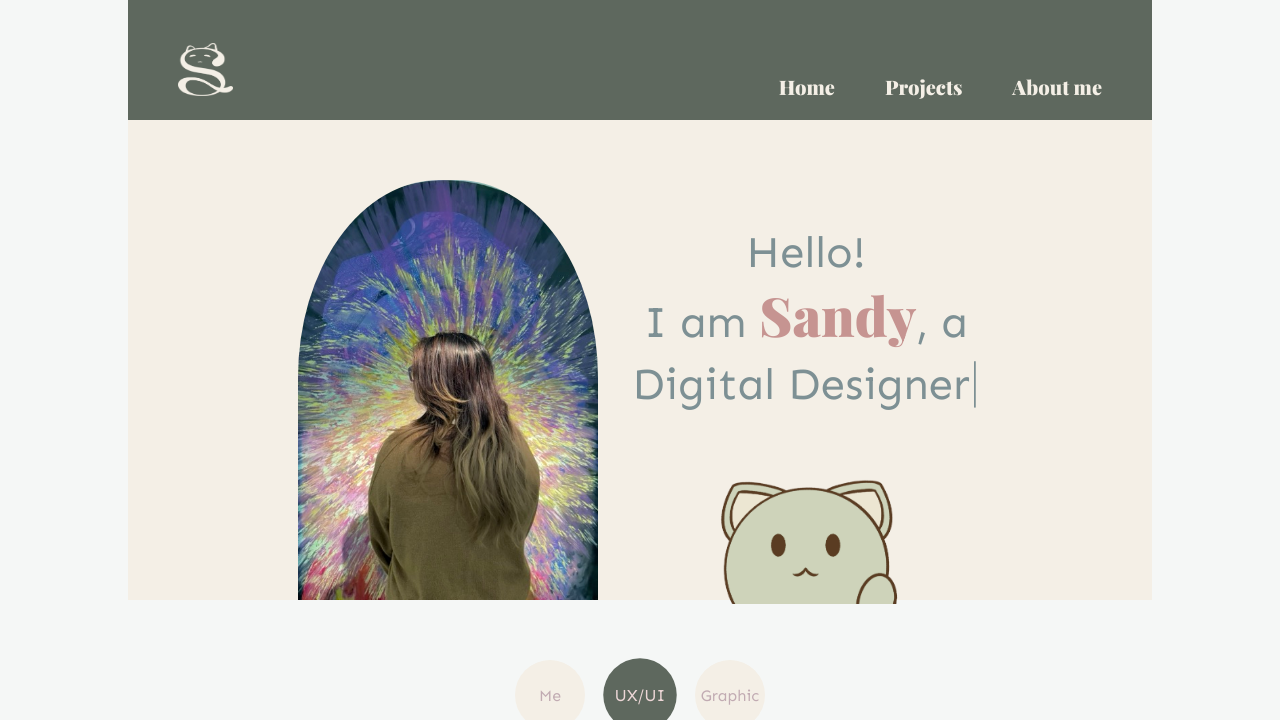
Repository: SandyLy453/portfolio
Page: /
An editor plug-in stored every save of this project. The page is shown before and after the next save, followed by the edit.
The browser window is 1280 px wide. The pictures show the whole page.
An inner scrolling area shows only its first screen. The project was rebuilt for these pictures with package versions that can differ from the ones it lists, and the page was loaded fresh each time. The framework's server and built-in components were replaced by stand-ins that run in the browser. Also part of the build but not shown: next.config.mjs, modules/Footer/Footer.module.css, modules/Footer/Footer.js, modules/ProjectCard/ProjectCard.module.css, modules/ProjectCard/Projectcard.js.

Above is the page before, as saved 2025-02-17 18:05:29.

### pages/_app.js
import { useEffect } from "react";
import { useRouter } from "next/router";
import { Playfair_Display, Sen } from 'next/font/google';
import '../styles/globals.css';

const playfairDisplay = Playfair_Display({
  weight: ['400', '900'],
  style: ['normal', 'italic'],
  subsets: ['latin'],
});

const sen = Sen({
  weight: ['400', '700', '800'],
  subsets: ['latin'],
});

export default function App({ Component, pageProps }) {

  const router = useRouter();

  useEffect(() => {
    const handleRouteChangeComplete = (url) => {
        if (url.startsWith("/projects")) {
            window.location.reload();
        } else if (url.startsWith("/project")) {
          window.location.reload();
        }
    };

    router.events.on("routeChangeComplete", handleRouteChangeComplete);

    return () => {
        router.events.off("routeChangeComplete", handleRouteChangeComplete);
    };
}, [router]);


  return (
    <main className={`${playfairDisplay.className} ${sen.className}`}>
      <Component {...pageProps} />
    </main>
  )
}

### pages/_document.js
import { Html, Head, Main, NextScript } from "next/document";


export default function Document() {
  return (
    <Html lang="en">
      <Head>
        <title>San San's Tea Room</title>
        <link rel="icon" href="/favicon.ico" />

        <link rel="preconnect" href="https://fonts.googleapis.com" />
        <link rel="preconnect" href="https://fonts.gstatic.com" crossorigin="anonymous" />
        <link
          href="https://fonts.googleapis.com/css2?family=Playfair+Display:wght@400;900&family=Sen:wght@400;700;800&display=swap"
          rel="stylesheet"
        />
      </Head>
      <body>
        <Main />
        <NextScript />
      </body>
    </Html>
  );
}

### pages/index.js
import Image from "next/image";
import Link from "next/link";
import styles from "@/styles/Home.module.css";
import { useState, useEffect } from "react";
import Header from "@/modules/Header/Header";
import Footer from "@/modules/Footer/Footer";
import ProjectCard from "@/modules/ProjectCard/Projectcard";
import ShowCase from "@/modules/ShowCase/ShowCase";

export default function Home() {

  const projects = [
    {
      photos: ["/aether-cover.png"],
      alt: "Aether cover",
      title: "Aether",
      description: "Case Study - A AI-powered form-filling app",
      date: "September 2024 - December 2024",
      link: "/projects/Aether",
    },
    {
      photos: ["/post1.png", "/post2.png", "/post3.png"],
      alt: "Poster slides show",
      title: "Poster design",
      description:
        "Product design - Series of posters based on the anime/ manga Detective Conan.",
      date: "December 2024",
      link: "/projects/Poster",
    },
    {
      photos: ["/can1.png", "/can2.png", "/can3.png"],
      alt: "Can design slide show",
      title: "DiLo Tea Can",
      description: "Product design - Tea Can",
      date: "November 2024",
      link: "/projects/CanDesign",
    },
    {
      photos: ["/mockup2.png"],
      alt: "Magazine cover",
      title: "Magazine",
      description: "Magazine design - An architectural magazine",
      date: "November 2024",
      link: "/projects/Magazine",
    },
    {
      photos: ["/clotho.png"],
      alt: "Clotho app",
      title: "Clotho",
      description: "Clotho - A closet organize app",
      date: "March 2024 - May 2024",
      link: "/projects/Clotho",
    },
    {
      photos: ["/cam.png"],
      alt: "Camera vector graphic",
      title: "Mechanical Object Vector Graphic",
      description: "Using vector to draw mechanical objects",
      date: "December 2023",
      link: "/projects/MechanicalObject",
    },
  ];

  const [visibleProjects, setVisibleProjects] = useState(6);

  const roles = ["UX/UI Designer", "Digital Designer", "Web Developer"];
  const [text, setText] = useState("");
  const [index, setIndex] = useState(0);
  const [charIndex, setCharIndex] = useState(0);
  const [deleting, setDeleting] = useState(false);

  useEffect(() => {
    const currentRole = roles[index];

    let timeout;

    if (deleting) {
      timeout = setTimeout(() => {
        setText(currentRole.substring(0, charIndex - 1));
        setCharIndex((prev) => prev - 1);
      }, 50);
    } else {
      timeout = setTimeout(() => {
        setText(currentRole.substring(0, charIndex + 1));
        setCharIndex((prev) => prev + 1);
      }, 100);
    }

    if (!deleting && charIndex === currentRole.length) {
      setTimeout(() => setDeleting(true), 1000);
    } else if (deleting && charIndex === 0) {
      setDeleting(false);
      setIndex((prevIndex) => (prevIndex + 1) % roles.length);
    }

    return () => clearTimeout(timeout);
  }, [charIndex, deleting, index, roles]);

  return (
    <>
      <Header/>

      <main className={styles.main}>
        <div className={styles.top}>
          <div className={styles.image}>
            <Image src={'/cover.jpeg'} alt="cover photo" className={styles.coverPhoto} width={300} height={420} />
          </div>

          <div className={styles.info}>
            <p className={styles.role}>Hello!</p>
            <p className={styles.role}>I am <span className={styles.name}>Sandy</span>, a</p>
            <p className={styles.role}>
              {text}
              <span className={styles.cursor}>|</span>
            </p>
            <Image src={'/hi.GIF'} alt="greeting gif" className={styles.gif} width={294} height={129} />
          </div>
        </div>

        <ShowCase/>

        <div className={styles.sectionBreaker}>
          <span> Let's connect! </span>
        </div>

        <div className={styles.connect}>
          <Link
            className={styles.link}
            href={"mailto:sandy.lyth453@gmail.com"}
            target="_blank"
          >
            <p className={styles.connectInfo}>Email</p>
          </Link>
          <Link
            className={styles.link}
            href={"https://www.instagram.com/sansan_lyth?igsh=MThxOTR1ZTlyY3R1dw%3D%3D&utm_source=qr"}
            target="_blank"
          >
            <p className={styles.connectInfo}>Instagram</p>
          </Link>
          <Link
            className={styles.link}
            href={"https://www.linkedin.com/in/boisan-sandy-ly/"}
            target="_blank"
          >
            <p className={styles.connectInfo}>LinkedIn</p>
          </Link>
          <Link
            className={styles.link}
            href={"/Sandy_Ly_Resume.pdf"}
            target="_blank"
          >
            <p className={styles.connectInfo}>Resume</p>
          </Link>
        </div>
      </main>

      <footer className={styles.footer}>
        <p className={styles.copyright}>© Made by Sandy Ly • 2025</p>
      </footer>
    </>
  );
}

### styles/globals.css
:root {
  --mauveMorn: #ecd6d6;
  --mauveShadow: #B59BA6;
  --moss: #5E7975;
  --brightWhite: #f5f7f6;
  --white: #fff;

  --spaBlue: #D3DEDF;
  --forest: #5E685E;
  --midnight: #3D4D55;
  --stormCloud: #676767;
  --cream: #f4EFE6;
  --cloud: #FEFCF6;
}

html,
body {
  padding: 0;
  margin: 0;
  background-color: #f5f7f6;
  width: 100vw;
  height: 100vh;
  overflow-x: hidden;
  scroll-behavior: auto;

  font-family: "Playfair Display", serif;
  font-optical-sizing: auto;
  color: var(--stormCloud);
  cursor: url('/hehe.webp') 16 16, auto;
}

header {
  margin: 0;
  padding: 0;
  box-sizing: border-box;
}

* {
  margin: 0;
  padding: 0;
  box-sizing: border-box; /* Reset styles for all elements */
}

h1, h2, h3, h4, h5, span {
  font-family: "Playfair Display", serif;
}

a, button {
  cursor: url('/haha.webp') 16 16, pointer;
}

### styles/Home.module.css
.page {
  margin: 0;
  padding: 0;
}

.main {
  min-height: 100vh;
  width: 70vw;
  margin: auto;
  margin-top: 0;
  margin-top: 120px;
}

.top {
  width: 100%;
  min-height: 480px;
  background-color: var(--cream);
  align-items: center;
  display: flex;
  flex-direction: row;
  padding: 0;
  flex-wrap: wrap;
  justify-content: center;
}

.coverPhoto {
  border-radius: 47% 47% 0 0;
  margin: 0 6rem;
  position: relative;
  bottom: -30px;
}

.info {
  text-align: center;
  margin-top: 100px;
  width: 30vw;
}

.name {
  font-size: 54px;
  color: #C69491;
  font-weight: 600;
  font-family: "Playfair Display", serif;
}

.role {
  font-size: 44px;
  color: #7D9094;
  font-weight: 500;
}

.loca {
  font-size: 20px;
  color: #7D9094;
  padding-top: 10px;
}

.gif {
  position: relative;
  bottom: -36px;
}

.sectionBreaker {
  display: flex;
  align-items: center;
  justify-content: center;
  margin: 40px 0;
  position: relative;
}

.sectionBreaker::before,
.sectionBreaker::after {
  content: "";
  flex: 1;
  height: 2px;
  background: #d3d3d3;
  margin: 0;
}

.sectionBreaker span {
  color: #7D9094;
  margin: 0 10px;
  font-size: 20px;
  font-style: italic;
}

.pjSection {
  display: flex;
  flex-direction: row;
  flex-wrap: wrap;
  justify-content:space-between;
  align-items: flex-start;
  margin: 0 auto;
  margin-bottom: 50px;
  gap: 1rem;
  max-width: 1350px;
}

.connect {
  margin-bottom: 200px;
}

.link {
  text-decoration: none;
  color: var(--mauveShadow);
  width: 100%;
  font-weight: 500;
}

.link:hover {
  color: var(--forest);
  font-weight: 900;
}

.connectInfo {
  font-size: 54px;
  margin: 20px 0;
  font-family: "Playfair Display", serif;
  position: relative;
  display: inline-block;
  padding: 10px 20px;
  text-decoration: none;
  width: 100%;
  overflow: hidden;
  transition: color 0.3s ease-in-out, font-weight 0.3s ease-in-out;
  font-weight: 500;
}

.connectInfo::before {
  content: "";
  position: absolute;
  top: 0;
  left: -100%;
  width: 100%;
  height: 100%;
  background: linear-gradient(to right, rgba(0, 0, 0, 0.1), rgba(0, 0, 0, 0.3));
  transition: left 0.4s ease-in-out;
  z-index: -1; /* Ensure background does not cover text */
}

/* Make background visible when hovering */
.connectInfo:hover::before,
.connectInfo:active::before {
  left: 0;
}

/* Text color and weight on hover */
.connectInfo:hover {
  color: var(--forest); /* Hover text color */
  font-weight: 900;
}

/* Arrow effect */
.connectInfo::after {
  content: " →";
  opacity: 0;
  position: absolute;
  right: 10px;
  top: 50%;
  transform: translateY(-50%);
  transition: opacity 0.3s ease-in-out, transform 0.3s ease-in-out;
  color: var(--forest); /* Match hover color */
}

/* Show arrow and move slightly right when hovering */
.connectInfo:hover::after,
.connectInfo:active::after {
  opacity: 1;
  transform: translate(8px, -50%);
}


.footer {
  margin-bottom: 20px;
}

.copyright {
  text-align: center;
  font-style: italic;
  color: var(--forest);
  width: 100%;
}





@media screen and (max-width: 1460px) {
  .pjSection {
    gap: 20px;
  }

  .main {
    width: 80vw;
  }

  .coverPhoto {
    margin: 0 1rem;
    bottom: -32px;
  }

  .info {
    margin-top: 50px;
  }

  .gif {
    bottom: -4rem;
  }

  .name {
    font-size: 54px;
  }

  .role {
    font-size: 44px;
  }

  .loca {
    font-size: 18px;
  }

  .pjSection {
    gap: 15px;
    justify-content: center;
  }
}



@media screen and (max-width: 768px) {
  .main {
    width: 100vw;
  }

  .coverPhoto {
    margin: 0 auto;
    bottom: -20px;
    width: 70vw;
    height: auto;
  }

  .info {
    margin-top: 50px;
    width: 90vw;
  }

  .name {
    font-size: 36px;
  }

  .role {
    font-size: 20px;
  }

  .loca {
    font-size: 18px;
  }

  .pjSection {
    gap: 15px;
    justify-content: center;
  }

  .gif {
    position: relative;
    bottom: -4px;
    margin-top: 10px;
  }
}

### modules/Header/Header.js
import Image from "next/image";
import Link from "next/link";
import styles from './Header.module.css';
import { useState, useRef } from "react";

export default function Header() {
    const audioRef = useRef(null);
    const [menuOpen, setMenuOpen] = useState(false);

    const playSound = () => {
        if (audioRef.current) {
            audioRef.current.currentTime = 0;
            audioRef.current.play().catch(error => console.log("Audio playback error:", error));
        }
    };

    return (
        <header className={`${styles.header} ${menuOpen ? styles.headerExpanded : ""}`}>
            {/* Logo */}
            <div className={styles.logoBox}>
                <Link href={'/'}>
                    <Image
                        src={'/logo.png'}
                        alt="logo"
                        className={styles.logo}
                        width={55}
                        height={53}
                        onMouseEnter={playSound}
                    />
                </Link>
            </div>

            <button className={styles.hamburger} onClick={() => setMenuOpen(!menuOpen)}>
                <Image
                    src={menuOpen ? "/menuOpen.png" : "/menuIcon.png"}
                    alt="Menu Toggle"
                    width={30}
                    height={21}
                />
            </button>

            <nav className={`${styles.menu} ${menuOpen ? styles.menuExpanded : ""}`}>
                <p className={styles.menuOption}><Link href={'/'} className={styles.link}>Home</Link></p>
                <p className={styles.menuOption}><Link href={'/project'} className={styles.link}>Projects</Link></p>
                <p className={styles.menuOption}><Link href={'/about'} className={styles.link}>About me</Link></p>
            </nav>

            <audio ref={audioRef} src="/cat.wav" preload="auto"></audio>
        </header>
    );
}

### modules/ShowCase/ShowCase.js
import Image from "next/image";
import { useState, useEffect, useRef } from "react";
import styles from './ShowCase.module.css';
import Link from "next/link";

export default function ShowCase() {
    const tags = ["Me", "UX/UI", "Graphic"];
    const images = {
        "Me": "/me.png",
        "UX/UI": "/uxui.png",
        "Graphic": "/3can.png",
    };
    const bigText = ["Sandy", "App Design", "Graphic Design"];
    const smallText = [
        "",
        "",
        ""
    ];
    const linkPath = ["/about", "/project", "/project"];
    const linkText = ["About Me →", "See More Project →", "See More Project →"];

    const [activeIndex, setActiveIndex] = useState(0);
    const [isFading, setIsFading] = useState(false);
    const [isPaused, setIsPaused] = useState(false);
    const intervalRef = useRef(null);

    const startLoop = () => {
        clearInterval(intervalRef.current);
        intervalRef.current = setInterval(() => {
            setIsFading(true);
            setTimeout(() => {
                setActiveIndex((prevIndex) => (prevIndex + 1) % tags.length);
                setIsFading(false);
            }, 500);
        }, 4000);
    };

    useEffect(() => {
        if (!isPaused) startLoop();
        return () => clearInterval(intervalRef.current);
    }, [isPaused]);

    const handlePause = (index) => {
        clearInterval(intervalRef.current);
        setIsPaused(true);
        setActiveIndex(index);
        setIsFading(false);
    };

    const handleResume = () => {
        setIsPaused(false);
    };

    return (
        <div className={styles.container}>
            <div className={styles.tagBox}>
                {tags.map((tag, index) => (
                    <div
                        key={tag}
                        className={`${styles.tag} ${activeIndex === index ? styles.active : ""}`}
                        onMouseEnter={() => handlePause(index)}
                        onMouseLeave={handleResume}
                        onTouchStart={() => handlePause(index)}
                        onTouchEnd={handleResume}
                    >
                        <p>{tag}</p>
                    </div>
                ))}
            </div>

            <div className={styles.right}>
                <div className={styles.photoBox}>
                    <Image
                        key={tags[activeIndex]}
                        src={images[tags[activeIndex]]}
                        alt={tags[activeIndex]}
                        width={600}
                        height={460}
                        className={`${styles.photo} ${isFading ? styles.fadeOut : styles.fadeIn}`}
                    />

                    <div className={styles.gradient}></div>
                    <div className={styles.text}>
                        <p className={styles.big}>{bigText[activeIndex]}</p>
                        <p className={styles.small}>{smallText[activeIndex]}</p>
                        <Link href={linkPath[activeIndex]} className={styles.littleLink}>
                            {linkText[activeIndex]}
                        </Link>
                    </div>
                </div>

                {/* <div className={styles.loadMoreContainer}>
                    <Link href="/project" passHref>
                        <button className={styles.loadMoreButton}>
                            More Projects
                        </button>
                    </Link>
                </div> */}
            </div>
        </div>
    );
}

### modules/Header/Header.module.css
.header {
    margin: 0 auto;
    width: 70vw;
    height: 120px;
    background-color: var(--forest);
    padding: 20px 50px;
    display: flex;
    flex-direction: row;
    justify-content: space-between;
    align-items: flex-end;
    position: fixed;
    right: 15vw;
    top: 0;
    z-index: 999;
    transition: height 0.3s ease-in-out;
}

.headerExpanded {
    min-height: 250px;
}

.menu {
    display: flex;
    flex-direction: row;
    gap: 50px;
    opacity: 1;
    transition: opacity 0.3s ease-in-out;
}

.menuExpanded {
    display: flex;
    flex-direction: column;
    align-items: flex-end;
    gap: 10px;
    width: 100%;
}


.menuOption {
    font-size: 20px;
    font-weight: 600;
}

.link {
    text-decoration: none;
    color: var(--cream);
    font-family: "Playfair Display", serif;
}

.link:hover {
    color: var(--midnight);
}

.hamburger {
    display: none;
    background: none;
    border: none;
    cursor: pointer;
}


@media screen and (max-width: 1460px) {
    .header {
        width: 80vw;
        right: 10vw;
    }
}

@media screen and (max-width: 768px) {
    .header {
        width: 100vw;
        min-height: 100px;
        right: 0;
        display: flex;
        flex-direction: row;
        align-items: center;
        justify-content: space-between;
        height: auto;
    }

    .hamburger {
        display: block;
        position: absolute;
        right: 20px;
        top: 40px;
        z-index: 10;
    }

    .logo {
        display: block;
        position: absolute;
        left: 20px;
        top: 20px;
        z-index: 10;
    }

    .menu {
        display: none;
        flex-direction: column;
        align-items: center;
        width: 100%;
        opacity: 0;
        transform: scaleY(0);
        transition: transform 0.3s ease-in-out, opacity 0.3s ease-in-out;
    }

    .menuExpanded {
        display: flex;
        opacity: 1;
        transform: scaleY(1);
    }

}

### modules/ShowCase/ShowCase.module.css
.container {
    margin: auto;
    margin-top: 50px;
    display: flex;
    flex-direction: row;
    justify-content: center;
    align-items: center;
    gap: 30px;
}

.tagBox {
    display: flex;
    justify-content: center;
    align-items: center;
    flex-direction: column;
}

.tag, .active {
    width: 100px;
    height: 100px;
    background-color: var(--cream);
    border-radius: 50%;
    display: flex;
    justify-content: center;
    align-items: center;
    margin: 10px;
    cursor: url('/haha.webp') 16 16, pointer;
    transition: background-color 0.3s ease-in-out, transform 0.2s ease-in-out;
}

.tag:hover, .active {
    background-color: var(--forest);
    transform: scale(1.05);
}

.tag p, .active p {
    color: var(--mauveShadow);
    opacity: 80%;
}

.tag:hover p, .active p {
    color: var(--mauveMorn);
    opacity: 100%;
}

.photoBox {
    width: 60vw;
    max-width: 1000px;
    aspect-ratio: 20 / 11;
    position: relative;
    display: flex;
    align-items: center;
    justify-content: center;
    overflow: hidden;
}

.photo {
    width: 100%;
    height: 100%;
    border-radius: 20px;
    object-fit: cover;
    position: absolute;
    transition: opacity 0.5s ease-in-out;
}

.fadeIn {
    opacity: 1;
}

.fadeOut {
    opacity: 0;
}

.loadMoreContainer {
    margin-top: 20px;
    display: flex;
    flex-direction: column;
    justify-content: flex-end;
    align-items: flex-end;
  }

  .loadMoreButton {
    height: 40px;
    width: 150px;
    background-color: var(--cream);
    color: var(--forest);
    border: 1px solid var(--forest);
    font-size: 18px;
    align-items: center;
    border-radius: 10px;
    margin-bottom: 50px;
  }

  .loadMoreButton:hover {
    background-color: var(--forest);
    color: var(--cream);
  }

  .gradient {
    position: absolute;
    top: 0;
    left: 0;
    width: 100%;
    height: 100%;
    background: linear-gradient(360deg, rgba(2,0,36,1) 0%, rgba(255,255,255,0) 55%);
    z-index: 2;
    pointer-events: none;
    border-radius: 20px;
}

.text {
    position: absolute;
    bottom: 0;
    right: 0;
    width: 100%;
    padding: 20px;
    color: white;
    z-index: 3;
    width: 50vw;
    max-width: 1000px;
    text-align: right;
}

.littleLink {
    text-decoration: underline;
    color: white;
    font-style: italic;
    margin: 20px 0;
}

.big {
    font-family: "Playfair Display", serif;
    font-size: 18px;
    margin: 15px 0;
    font-weight: 700;
}

.small {
    font-size: 15px;
    margin: 15px 0;
}

@media screen and (max-width: 1460px) {
    .container {
        flex-direction: column;
    }

    .tagBox {
        flex-direction: row;
    }

    .tag, .active {
        width: 70px;
        height: 70px;
    }

    .photoBox {
        width: 70vw;
    }

    .big {
        font-size: 16px;
    }

    .small,
    .littleLink {
        font-size: 12px;
    }
}

@media screen and (max-width: 768px) {
    .photoBox {
        width: 90vw;
    }

    .big {
        font-size: 12px;
    }

    .small,
    .littleLink {
        font-size: 10px;
    }
}

After the next save:
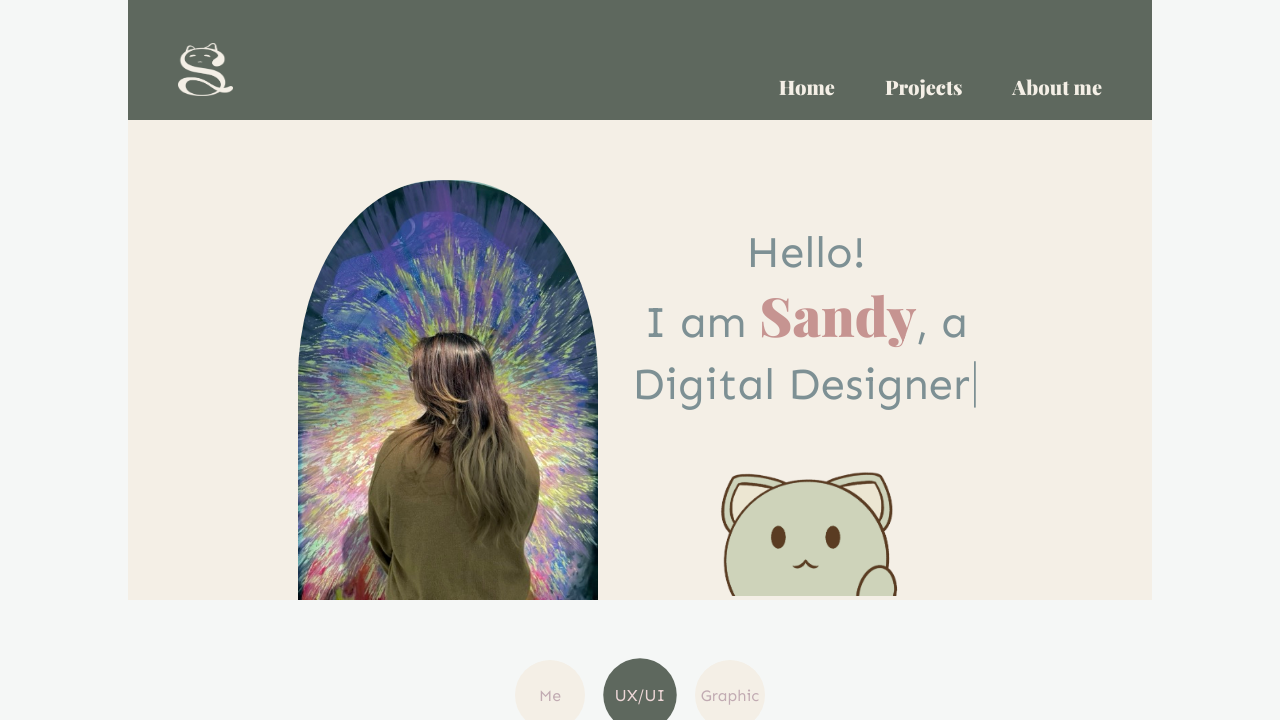
Saved 9 s later.
--- a/styles/Home.module.css
+++ b/styles/Home.module.css
@@ -204,7 +204,7 @@
   }
 
   .gif {
-    bottom: -4rem;
+    bottom: -3.5rem;
   }
 
   .name {
